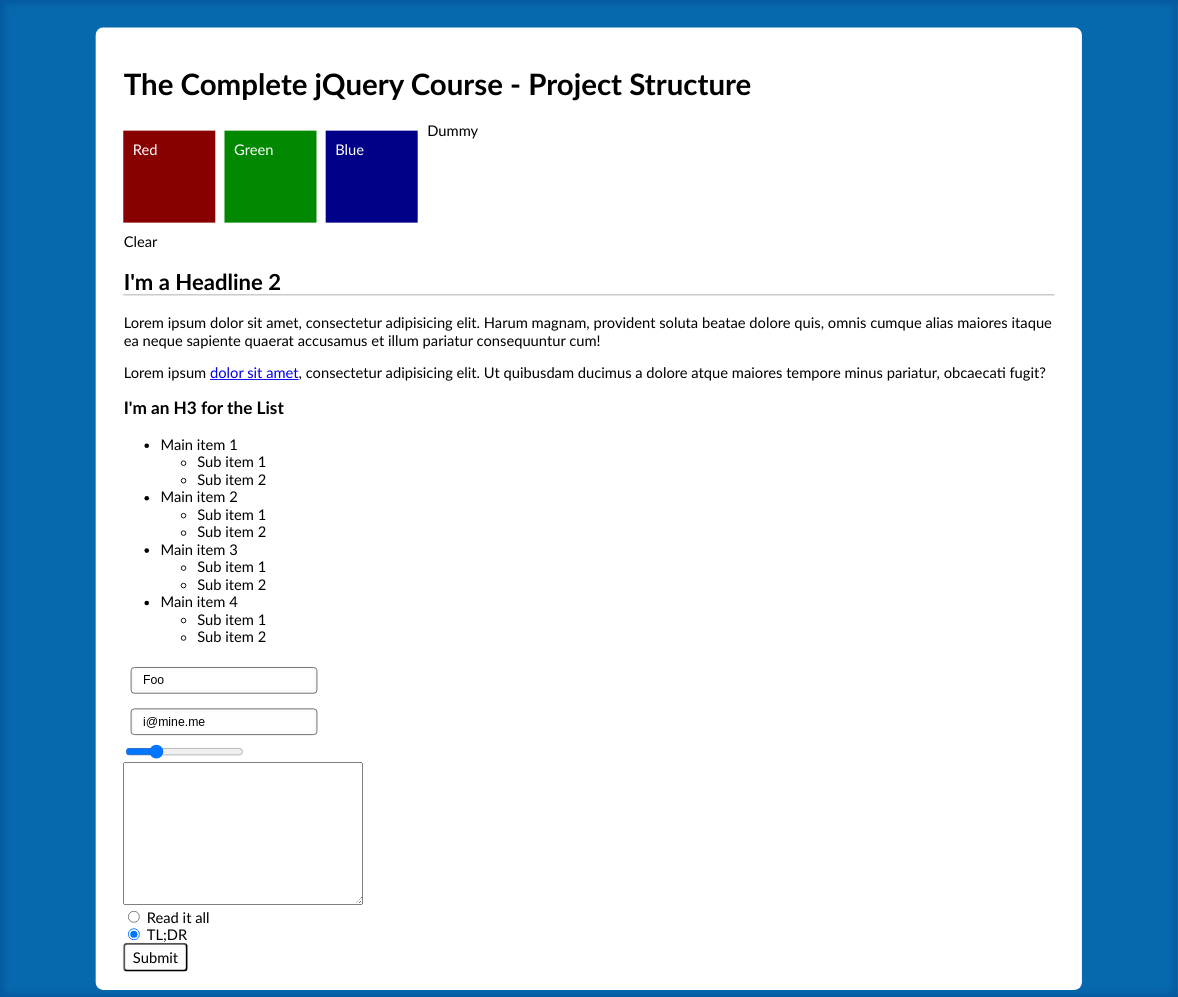
Repository: vpriyankaprabhu/Jquery-examples
Page: 05/add-remove-css-classes/index.html
The author's editor kept a copy of each file at every save. The page is drawn from the files as they stood at one save, then again after the next save.
The browser window is 1280 px wide. The pictures show the whole page, at 92% of full size.

Above is the page before, as saved 2024-12-30 13:26:41.

After the next save:
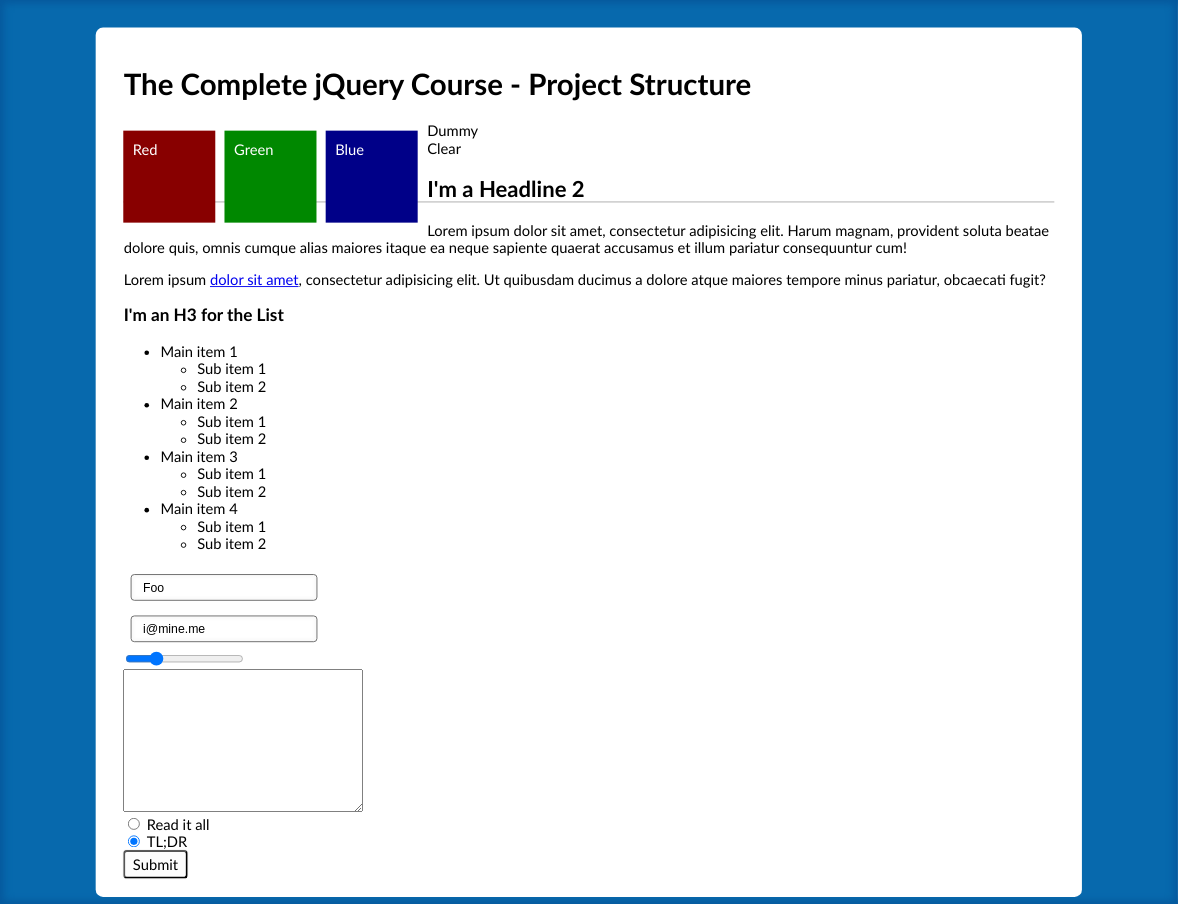
Saved 4 s later.
--- a/05/add-remove-css-classes/js/script.js
+++ b/05/add-remove-css-classes/js/script.js
@@ -34,5 +34,5 @@ $(function () {
   // $("li li:first").toggleClass("emphasize");
 
 
-  $(".clear").removeClass("dummy").addClass(".green-box")
+  $(".clear").removeClass("clear").addClass(".green-box")
 });
